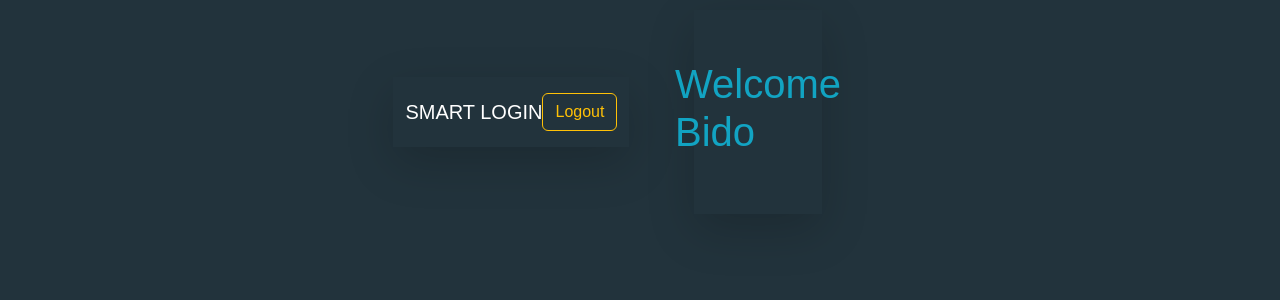
Repository: bodajava/TASK-4
Page: theerdIndex.html
An editor plug-in stored every save of this project. The page is shown before and after the next save, followed by the edit.
The browser window is 1280 px wide. The pictures show the whole page.

Above is the page before, as saved 2025-06-18 19:50:03.
Console error: TypeError: welcome is not a function

### theerdIndex.html
<!DOCTYPE html>
<html lang="en">
  <head>
    <link rel="stylesheet" href="CSS/all.min.css" />
    <link rel="stylesheet" href="CSS/bootstrap.css" />
    <link rel="stylesheet" href="CSS/style.css" />
    <meta charset="UTF-8" />
    <meta name="viewport" content="width=device-width, initial-scale=1.0" />
    <title>Document</title>
  </head>
  <body class="bg-22333c" onload="welcome()">
    <nav class="shadow-lg position-relative">
      <div
        class="container py-3 d-flex align-content-center justify-content-between align-items-center"
      >
        <div class="logo">
          <a href="#">SMART LOGIN</a>
        </div>
        <div class="log">
          <a
            href="index.html"
            class="btn btn-outline-warning text-decoration-none"
            >Logout</a
          >
        </div>
      </div>
    </nav>
    <section
      class="home d-flex flex-column justify-content-center align-items-center"
    >
      <div class="smart-app w-50 shadow-lg d-flex justify-content-center">
        <h1 id="welcome" class="text-info opacity-75 text-capitalize">
          welcome bido
        </h1>
      </div>
    </section>

    <script src="js/bootstrap.bundle.min.js"></script>
    <script src="js/index.js"></script>
  </body>
</html>

### CSS/style.css
* {
  padding: 0;
  margin: 0;
  box-sizing: border-box;
}

body {
  background-color: #24353f;
  display: flex;
  justify-content: center;
  align-items: center;
  font-family: Arial, sans-serif;
}

#item {
  margin-top: 60px;
  margin-left: 390px;
  margin-right: 390px;
  padding-left: 15px;
  padding-right: 15px;
}

#item2 {
  box-shadow: 0 0 20px rgba(0, 0, 0, 0.2);
  margin-left: 138.75px;
  margin-right: 138.75px;
  padding-left: 60px;
  padding-right: 60px;
  padding-top: 60px;
  padding-bottom: 60px;
}

h1 {
  color: #189bb1;
}

.anchor {
  text-decoration: none;
}

.anchor:hover {
  text-decoration: underline;
}

.paragraph {
  font-size: 20px;
  line-height: 30px;
  font-weight: 400;
  color: white;
}

.paragraph a {
  font-size: 20px;
  line-height: 30px;
  font-weight: 400;
  color: white;
}

.form-control {
  background-color: #24353f;
  border: 1px solid white;
  color: #fff;
  border-radius: 5px;
}

.form-control::placeholder {
  color: #a0a0a0;
}

.form-control:focus {
  background-color: #24353f;
  color: #fff;
  border-color: #189bb1;
  outline: none;
  box-shadow: none;
}

.btnn {
  text-decoration: none;
  color: #189bb1;
}

.btnn:hover {
  color: white;
}

#box {
  box-shadow: -5px 2px 54px -9px rgba(0, 0, 0, 1);
}

#nav {
  background-color: #24353f !important;
}

#container {
  box-shadow: -5px 2px 54px -9px rgba(0, 0, 0, 1);
}

#margen {
  margin-left: 90px;
  font-size: 25px;
  line-height: 38px;
  font-weight: 400;
  color: white;
}

ul li {
  margin-right: 90px;
  padding-bottom: 10px;
}

@media screen and (max-width: 575px) {
  .smart-app {
    width: 95% !important;
  }
  .login {
    width: 90%;
  }
}
/* less than 768px  and greater than = 576px  */
@media screen and (min-width: 576px) and (max-width: 767) {
}
/* Medium devices (tablets, 768px and up) */
@media (min-width: 768px) and (max-width: 991px) {
}

/*  Large devices (desktops, 992px and up) */
@media (min-width: 992px) and (max-width: 1199px) {
}

* {
  box-sizing: border-box;
  font-family: "Titillium Web", sans-serif;
}
.w-65 {
  width: 65%;
}
.bg-22333c {
  background-color: #22333c;
}
.bg-212529 {
  background-color: #212529;
}
h1 {
  color: #17a2b8;
  font-size: 40px;
  margin-bottom: 8px;
}
.smart-app {
  width: 75%;
  margin: 10px auto;
  padding: 50px 0;
  display: flex;
  align-items: center;
  justify-content: center;
}
.login {
  background: #24353f;
  color: white;
  text-align: center;
  flex-direction: column;
  width: 70%;
  padding: 50px;
  display: flex;
  justify-content: center;
}
input {
  margin: 10px 0;
  padding: 6px 12px;
  background-color: #22333c;
  outline: none;
  border: 1.5px solid white;
  border-radius: 15px;
  color: white;
}
.login button {
  margin: 20px 0;
  font-size: 16px !important;
}
input::placeholder {
  color: rgb(211, 205, 205);
  font-weight: lighter;
}
input:focus {
  border-color: #48d2ee !important ;
}
a {
  text-decoration: none;
  color: white;
}
a:hover {
  text-decoration-line: underline;
  color: white;
}

.logo a {
  font-size: 20px;
}
.logo a:hover {
  text-decoration-line: none;
}

.home {
  height: 80%;
}
.toggler-icon {
  color: #ffffff80;
}
.border-ffffff80 {
  border-color: #ffffff80;
}

Loaded but not shown: CSS/all.min.css (library); CSS/bootstrap.css (library); js/bootstrap.bundle.min.js (library); js/index.js (no copy from this time; the picture is the same without it)

After the next save:
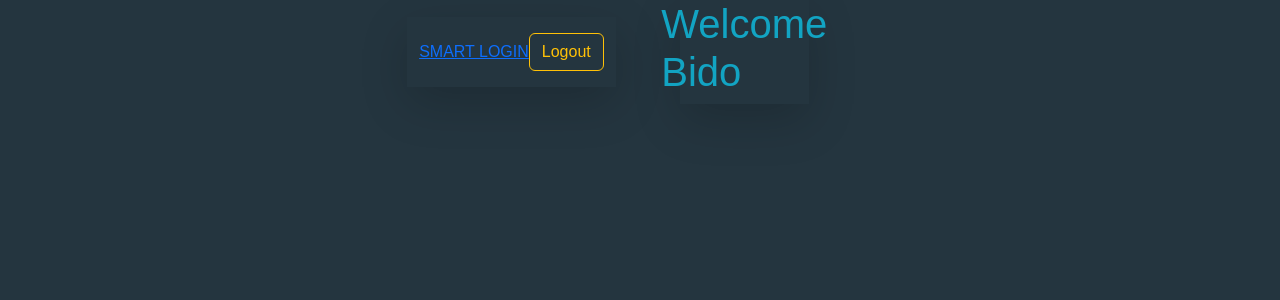
Saved 95 s later.
--- a/CSS/style.css
+++ b/CSS/style.css
@@ -108,104 +108,3 @@ ul li {
   margin-right: 90px;
   padding-bottom: 10px;
 }
-
-@media screen and (max-width: 575px) {
-  .smart-app {
-    width: 95% !important;
-  }
-  .login {
-    width: 90%;
-  }
-}
-/* less than 768px  and greater than = 576px  */
-@media screen and (min-width: 576px) and (max-width: 767) {
-}
-/* Medium devices (tablets, 768px and up) */
-@media (min-width: 768px) and (max-width: 991px) {
-}
-
-/*  Large devices (desktops, 992px and up) */
-@media (min-width: 992px) and (max-width: 1199px) {
-}
-
-* {
-  box-sizing: border-box;
-  font-family: "Titillium Web", sans-serif;
-}
-.w-65 {
-  width: 65%;
-}
-.bg-22333c {
-  background-color: #22333c;
-}
-.bg-212529 {
-  background-color: #212529;
-}
-h1 {
-  color: #17a2b8;
-  font-size: 40px;
-  margin-bottom: 8px;
-}
-.smart-app {
-  width: 75%;
-  margin: 10px auto;
-  padding: 50px 0;
-  display: flex;
-  align-items: center;
-  justify-content: center;
-}
-.login {
-  background: #24353f;
-  color: white;
-  text-align: center;
-  flex-direction: column;
-  width: 70%;
-  padding: 50px;
-  display: flex;
-  justify-content: center;
-}
-input {
-  margin: 10px 0;
-  padding: 6px 12px;
-  background-color: #22333c;
-  outline: none;
-  border: 1.5px solid white;
-  border-radius: 15px;
-  color: white;
-}
-.login button {
-  margin: 20px 0;
-  font-size: 16px !important;
-}
-input::placeholder {
-  color: rgb(211, 205, 205);
-  font-weight: lighter;
-}
-input:focus {
-  border-color: #48d2ee !important ;
-}
-a {
-  text-decoration: none;
-  color: white;
-}
-a:hover {
-  text-decoration-line: underline;
-  color: white;
-}
-
-.logo a {
-  font-size: 20px;
-}
-.logo a:hover {
-  text-decoration-line: none;
-}
-
-.home {
-  height: 80%;
-}
-.toggler-icon {
-  color: #ffffff80;
-}
-.border-ffffff80 {
-  border-color: #ffffff80;
-}

After the save that followed:
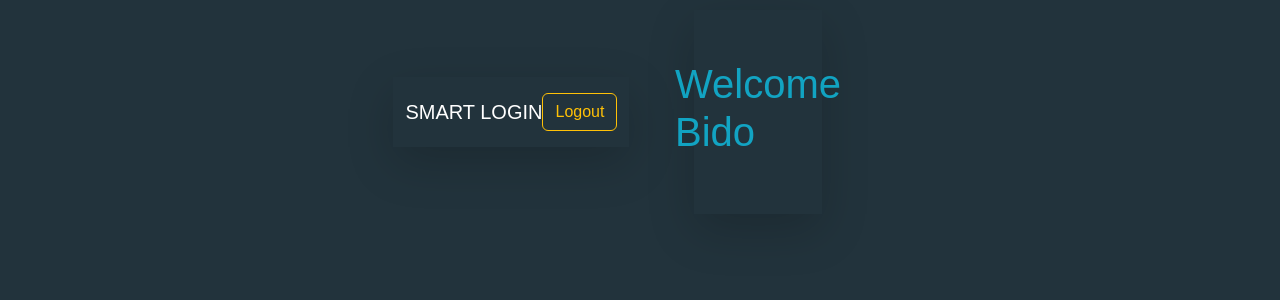
Saved 39 s later.
--- a/CSS/style.css
+++ b/CSS/style.css
@@ -108,3 +108,87 @@ ul li {
   margin-right: 90px;
   padding-bottom: 10px;
 }
+
+
+
+}
+.w-65{
+    width: 65%;
+}
+.bg-22333c{
+    background-color: #22333c;
+}
+.bg-212529{
+    background-color: #212529;
+}
+h1{
+    color: #17a2b8;
+    font-size: 40px;
+    margin-bottom:8px ;
+}
+.smart-app{
+    width: 75%;
+    margin :10px auto;
+    padding: 50px 0;
+    display: flex;
+    align-items: center;
+    justify-content: center;
+}
+.login{
+    background: #24353f;
+    color: white;
+    text-align: center;
+    flex-direction: column;
+    width: 70%;
+    padding: 50px;
+    display: flex;
+    justify-content: center;
+}
+input{
+    margin: 10px 0;
+    padding: 6px 12px ;
+    background-color: #22333c;
+    outline: none;
+    border: 1.5px solid white;
+    border-radius: 15px;
+    color: white;
+
+}
+.login button{
+    margin: 20px 0;
+    font-size: 16px !important;
+
+}
+input::placeholder{
+    color: rgb(211, 205, 205);
+    font-weight: lighter;
+}
+input:focus{
+    border-color:#48d2ee !important ;
+}
+a{
+    text-decoration: none;
+    color: white;
+}
+a:hover{
+    text-decoration-line: underline;
+    color: white;
+}
+
+.logo a {
+    font-size: 20px;
+
+}
+.logo a:hover {
+    text-decoration-line: none;
+
+}
+
+.home {
+    height: 80%;
+}
+.toggler-icon{
+    color: #ffffff80;
+}
+.border-ffffff80{
+}
